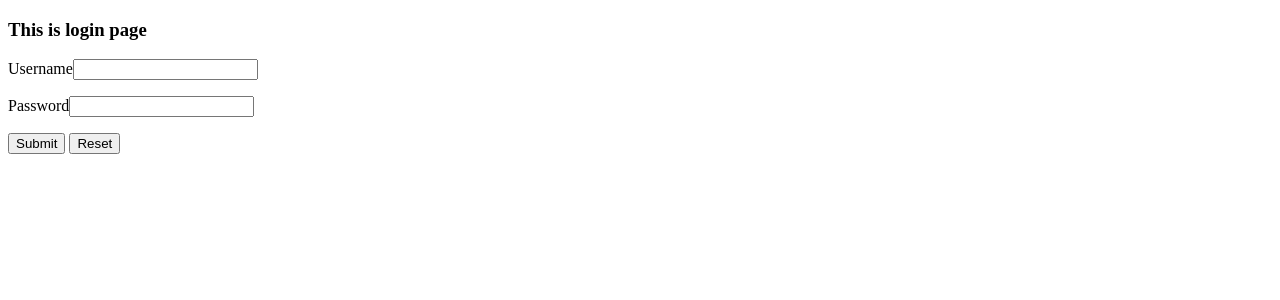
Repository: divyaabharathi/core-java
Page: simple-webapp/WebContent/login.html
An editor plug-in stored every save of this project. The page is shown before and after the next save, followed by the edit.
The browser window is 1280 px wide. The pictures show the whole page.

Above is the page before, as saved 2018-03-06 09:29:35.

### simple-webapp/WebContent/login.html
<!DOCTYPE html>
<html>
<head>
<meta charset="ISO-8859-1">
<title>Insert title here</title>
</head>
<body>
<h3>This is login page</h3>
<form action="LoginServelet" method="post";
<p>Username<input type="text" name="un"></p>
<p>Password<input type="password" name="pw"></p>
<p><input type="submit" name="Login">
<input type="reset" name="Reset"></p>
</form>
</body>
</html>

After the next save:
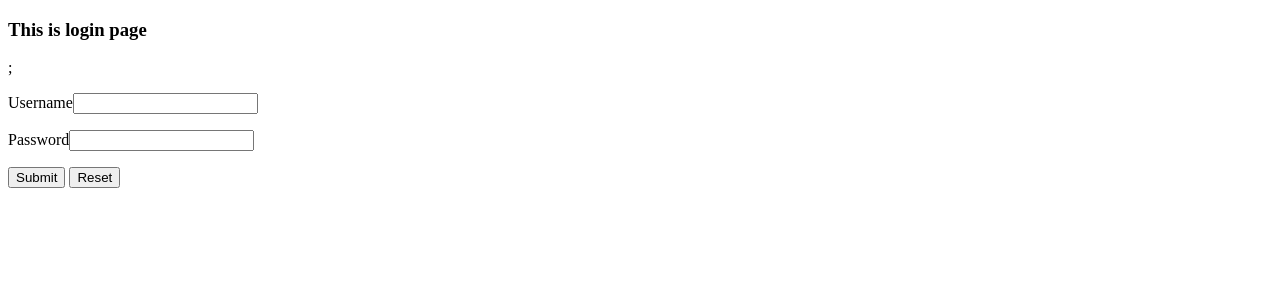
Saved 16 s later.
--- a/simple-webapp/WebContent/login.html
+++ b/simple-webapp/WebContent/login.html
@@ -6,7 +6,7 @@
 </head>
 <body>
 <h3>This is login page</h3>
-<form action="LoginServelet" method="post";
+<form action="LoginServelet" method="post">;
 <p>Username<input type="text" name="un"></p>
 <p>Password<input type="password" name="pw"></p>
 <p><input type="submit" name="Login">
